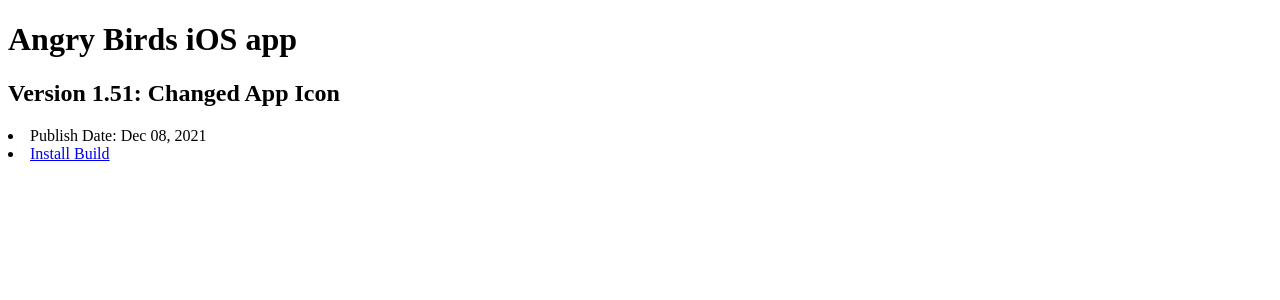
Repository: RRPandaPlus/RRPandaPlus.github.io
Page: rrplus/index.html
These files come from the project's save history. The page is drawn as it stood at one moment and after the next save; the edit follows.
The browser window is 1280 px wide. The pictures show the whole page.

Above is the page before, as saved 2021-12-12 21:58:18.

After the next save:
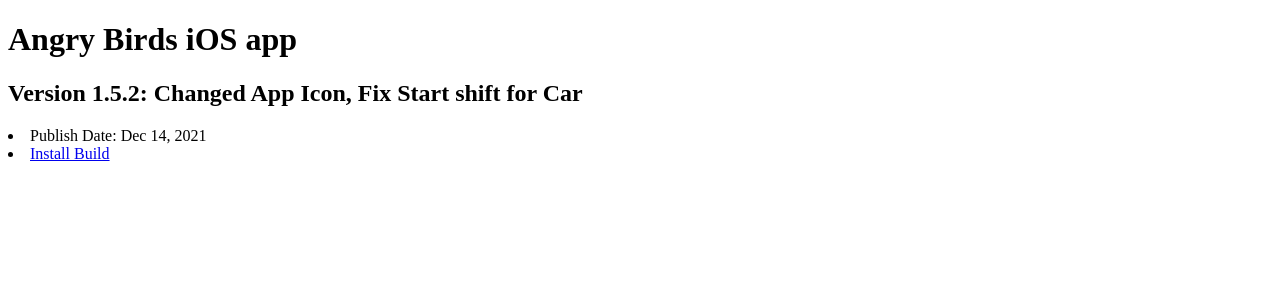
Saved 43 h 24 min later.
--- a/rrplus/index.html
+++ b/rrplus/index.html
@@ -6,10 +6,10 @@
     </head>
     <body>
       <h1>Angry Birds iOS app</h1>
-      <h2>Version 1.51: Changed App Icon</h2>
+      <h2>Version 1.5.2: Changed App Icon, Fix Start shift for Car</h2>
 
         <li>
-          Publish Date: Dec 08, 2021
+          Publish Date: Dec 14, 2021
         </li>
         <li>
           <a href="itms-services://?action=download-manifest&url=https://RRPandaPlus.github.io/rrplus/manifest.plist">Install Build</a>
